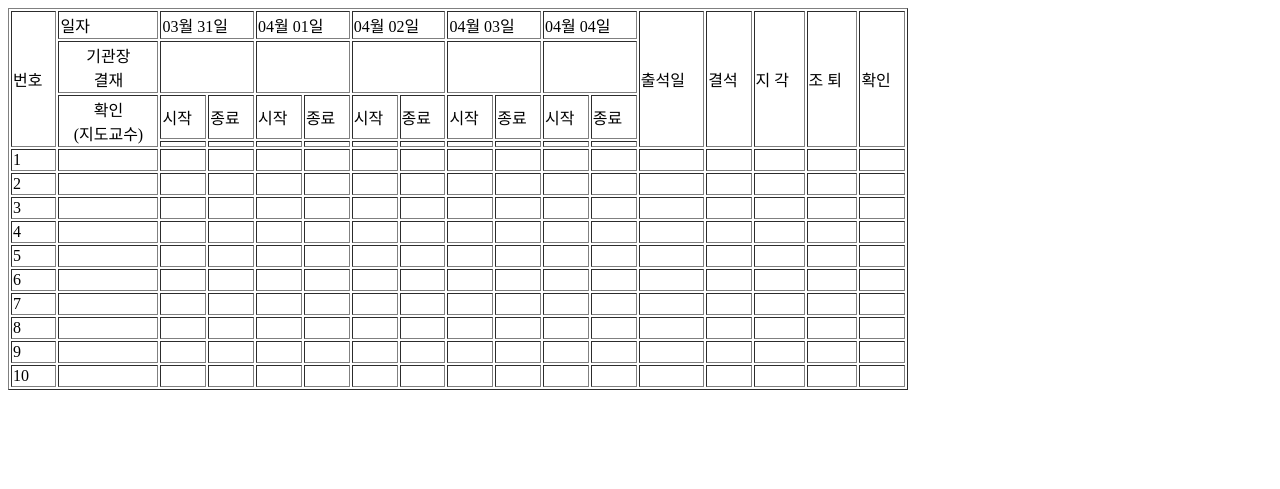
Repository: Hswwwww/WEB
Page: ClientTest/src/main/webapp/html/Q011.html
An editor plug-in stored every save of this project. The page is shown before and after the next save, followed by the edit.
The browser window is 1280 px wide. The pictures show the whole page.

Above is the page before, as saved 2024-03-13 08:31:55.

### ClientTest/src/main/webapp/html/Q011.html
<!DOCTYPE html>
<html>
<head>
<meta charset="UTF-8">
<title>Insert title here</title>
</head>
<body>
	<table border = "1" width = "900">
	<tr>
		<td rowspan = "4"> 번호</td>
		<td colspan >일자</td>

		<td colspan = "2">03월 31일</td>

		<td colspan = "2">04월 01일</td>

		<td colspan = "2">04월 02일</td>

		<td colspan = "2">04월 03일</td>

		<td colspan = "2">04월 04일</td>

		<td rowspan = "4">출석일</td>
		<td rowspan = "4">결석 </td>
		<td rowspan = "4">지 각</td>
		<td rowspan = "4">조 퇴</td>
		<td rowspan = "4">확인</td>
	</tr>
		<tr>




		<td align = "center">기관장 <br> 결재 </td>
		<td colspan ="2">&nbsp;</td>
		<td colspan ="2">&nbsp;</td>
		<td colspan ="2">&nbsp;</td>
		<td colspan ="2">&nbsp;</td>
		<td colspan ="2">&nbsp;</td>

	</tr>
		<tr>



		<td rowspan = "2" align = "center">확인 <br> (지도교수) </td>
		<td>시작</td>
		<td>종료</td>
		<td>시작</td>
		<td>종료</td>
		<td>시작</td>
		<td>종료</td>
		<td>시작</td>
		<td>종료</td>
		<td>시작</td>
		<td>종료</td>
	</tr>

		<tr>





		<td></td>
		<td></td>
		<td></td>
		<td></td>
		<td></td>
		<td></td>
		<td></td>
		<td></td>
		<td></td>
		<td></td>
	</tr>
		<tr>

		<td>1</td>
		<td></td>
		<td></td>
		<td></td>
		<td></td>
		<td></td>
		<td></td>
		<td></td>
		<td></td>
		<td></td>
		<td></td>
		<td></td>
		<td></td>
		<td></td>
		<td></td>
		<td></td>
		<td></td>
	</tr>
		<tr>
		<td>2</td>
		<td></td>
		<td></td>
		<td></td>
		<td></td>
		<td></td>
		<td></td>
		<td></td>
		<td></td>
		<td></td>
		<td></td>
		<td></td>
		<td></td>
		<td></td>
		<td></td>
		<td></td>
		<td></td>
	</tr>
		<tr>
		<td>3</td>
		<td></td>
		<td></td>
		<td></td>
		<td></td>
		<td></td>
		<td></td>
		<td></td>
		<td></td>
		<td></td>
		<td></td>
		<td></td>
		<td></td>
		<td></td>
		<td></td>
		<td></td>
		<td></td>
	</tr>
		<tr>
		<td>4</td>
		<td></td>
		<td></td>
		<td></td>
		<td></td>
		<td></td>
		<td></td>
		<td></td>
		<td></td>
		<td></td>
		<td></td>
		<td></td>
		<td></td>
		<td></td>
		<td></td>
		<td></td>
		<td></td>
	</tr>
		<tr>
		<td>5</td>
		<td></td>
		<td></td>
		<td></td>
		<td></td>
		<td></td>
		<td></td>
		<td></td>
		<td></td>
		<td></td>
		<td></td>
		<td></td>
		<td></td>
		<td></td>
		<td></td>
		<td></td>
		<td></td>
	</tr>
		<tr>
		<td>6</td>
		<td></td>
		<td></td>
		<td></td>
		<td></td>
		<td></td>
		<td></td>
		<td></td>
		<td></td>
		<td></td>
		<td></td>
		<td></td>
		<td></td>
		<td></td>
		<td></td>
		<td></td>
		<td></td>
	</tr>
		<tr>
		<td>7</td>
		<td></td>
		<td></td>
		<td></td>
		<td></td>
		<td></td>
		<td></td>
		<td></td>
		<td></td>
		<td></td>
		<td></td>
		<td></td>
		<td></td>
		<td></td>
		<td></td>
		<td></td>
		<td></td>
	</tr>
		<tr>
		<td>8</td>
		<td></td>
		<td></td>
		<td></td>
		<td></td>
		<td></td>
		<td></td>
		<td></td>
		<td></td>
		<td></td>
		<td></td>
		<td></td>
		<td></td>
		<td></td>
		<td></td>
		<td></td>
		<td></td>
	</tr>
		<tr>
		<td>9</td>
		<td></td>
		<td></td>
		<td></td>
		<td></td>
		<td></td>
		<td></td>
		<td></td>
		<td></td>
		<td></td>
		<td></td>
		<td></td>
		<td></td>
		<td></td>
		<td></td>
		<td></td>
		<td></td>
	</tr>
		<tr>
		<td>10</td>
		<td></td>
		<td></td>
		<td></td>
		<td></td>
		<td></td>
		<td></td>
		<td></td>
		<td></td>
		<td></td>
		<td></td>
		<td></td>
		<td></td>
		<td></td>
		<td></td>
		<td></td>
		<td></td>
	</tr>


	</table>
</body>
</html>

After the next save:
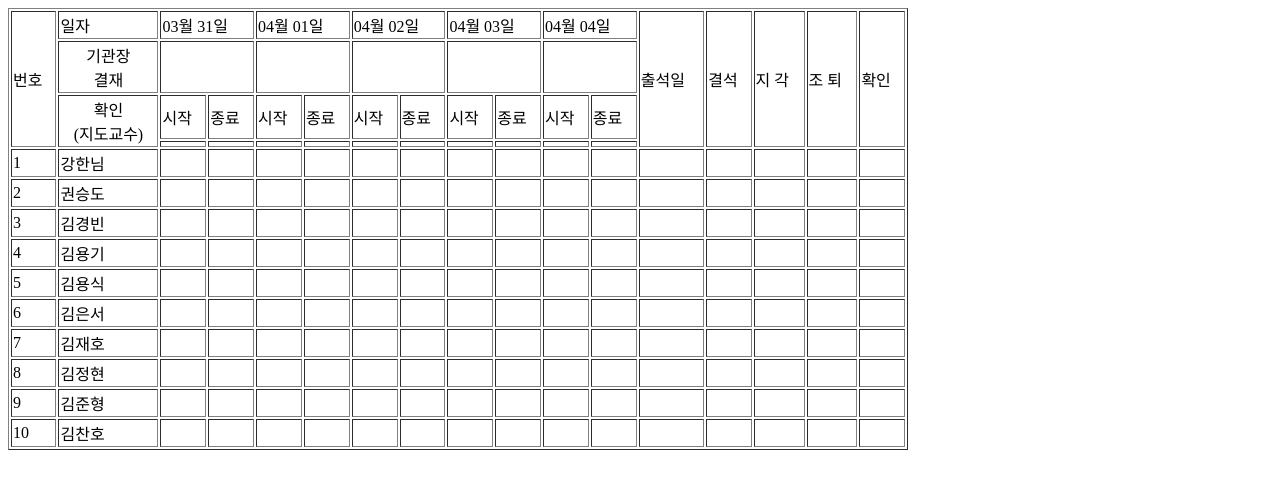
Saved 71 s later.
--- a/ClientTest/src/main/webapp/html/Q011.html
+++ b/ClientTest/src/main/webapp/html/Q011.html
@@ -76,7 +76,7 @@
 		<tr>
 
 		<td>1</td>
-		<td></td>
+		<td>강한님</td>
 		<td></td>
 		<td></td>
 		<td></td>
@@ -95,7 +95,7 @@
 	</tr>
 		<tr>
 		<td>2</td>
-		<td></td>
+		<td>권승도</td>
 		<td></td>
 		<td></td>
 		<td></td>
@@ -114,7 +114,7 @@
 	</tr>
 		<tr>
 		<td>3</td>
-		<td></td>
+		<td>김경빈</td>
 		<td></td>
 		<td></td>
 		<td></td>
@@ -133,7 +133,7 @@
 	</tr>
 		<tr>
 		<td>4</td>
-		<td></td>
+		<td>김용기</td>
 		<td></td>
 		<td></td>
 		<td></td>
@@ -152,7 +152,7 @@
 	</tr>
 		<tr>
 		<td>5</td>
-		<td></td>
+		<td>김용식</td>
 		<td></td>
 		<td></td>
 		<td></td>
@@ -171,7 +171,7 @@
 	</tr>
 		<tr>
 		<td>6</td>
-		<td></td>
+		<td>김은서</td>
 		<td></td>
 		<td></td>
 		<td></td>
@@ -190,7 +190,7 @@
 	</tr>
 		<tr>
 		<td>7</td>
-		<td></td>
+		<td>김재호</td>
 		<td></td>
 		<td></td>
 		<td></td>
@@ -209,7 +209,7 @@
 	</tr>
 		<tr>
 		<td>8</td>
-		<td></td>
+		<td>김정현</td>
 		<td></td>
 		<td></td>
 		<td></td>
@@ -228,7 +228,7 @@
 	</tr>
 		<tr>
 		<td>9</td>
-		<td></td>
+		<td>김준형</td>
 		<td></td>
 		<td></td>
 		<td></td>
@@ -247,7 +247,7 @@
 	</tr>
 		<tr>
 		<td>10</td>
-		<td></td>
+		<td>김찬호</td>
 		<td></td>
 		<td></td>
 		<td></td>
